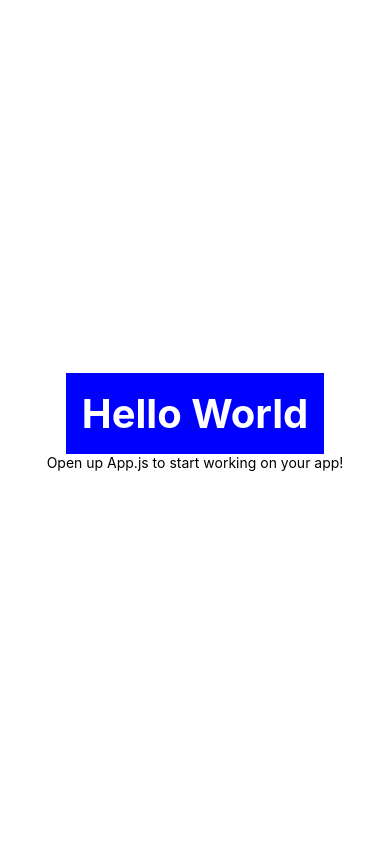
Repository: hirano-step/MemoApp
Screen: /
An editor plug-in stored every save of this project. The screen is shown before and after the next save, followed by the edit.
The app was drawn by React Native's web renderer in a window 390 px wide. The project was rebuilt for these pictures with package versions that can differ from the ones it lists, and the page was loaded fresh each time.

Above is the screen before, as saved 2023-01-10 15:37:35.

### App.jsx
import { StatusBar } from 'expo-status-bar';
import { StyleSheet, Text, View } from 'react-native';

import Hello from './src/components/Hello';

export default function App() {
  return (
    <View style={styles.container}>
      <Hello bang={true}>World</Hello>
      <Text>Open up App.js to start working on your app!</Text>
      {/* eslint-disable-next-line */}
      <StatusBar style="auto" />
    </View>
  );
}

const styles = StyleSheet.create({
  container: {
    flex: 1,
    backgroundColor: '#fff',
    alignItems: 'center',
    justifyContent: 'center',
  },
});

### src/components/Hello.jsx
import { View, Text, StyleSheet } from 'react-native';
import { string } from 'prop-types';

function Hello(props) {
  const { children } = props;
  return (
    <View>
      <Text style={styles.text}>
        {`Hello ${children}`}
      </Text>
    </View>
  );
}

Hello.propTypes = {
  children: string.isRequired,
};

const styles = StyleSheet.create({
  text: {
    color: '#FFFFFF',
    backgroundColor: 'blue',
    fontSize: 40,
    fontWeight: 'bold',
    padding: 16,
  },
});

export default Hello;

After the next save:
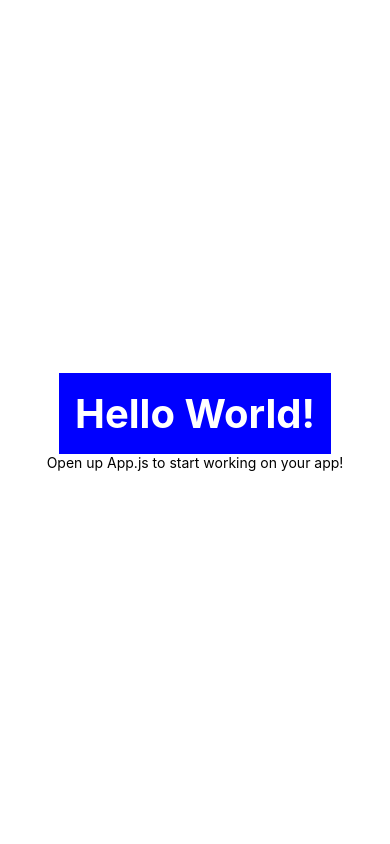
Saved 6 min 10 s later.
--- a/src/components/Hello.jsx
+++ b/src/components/Hello.jsx
@@ -1,12 +1,12 @@
 import { View, Text, StyleSheet } from 'react-native';
-import { string } from 'prop-types';
+import { string, bool } from 'prop-types';
 
 function Hello(props) {
-  const { children } = props;
+  const { children, bang } = props;
   return (
     <View>
       <Text style={styles.text}>
-        {`Hello ${children}`}
+        {`Hello ${children}${bang ? '!' : ''}`}
       </Text>
     </View>
   );
@@ -14,6 +14,11 @@ function Hello(props) {
 
 Hello.propTypes = {
   children: string.isRequired,
+  bang: bool,
+};
+
+Hello.defaultProps = {
+  bang: false,
 };
 
 const styles = StyleSheet.create({

After the save that followed:
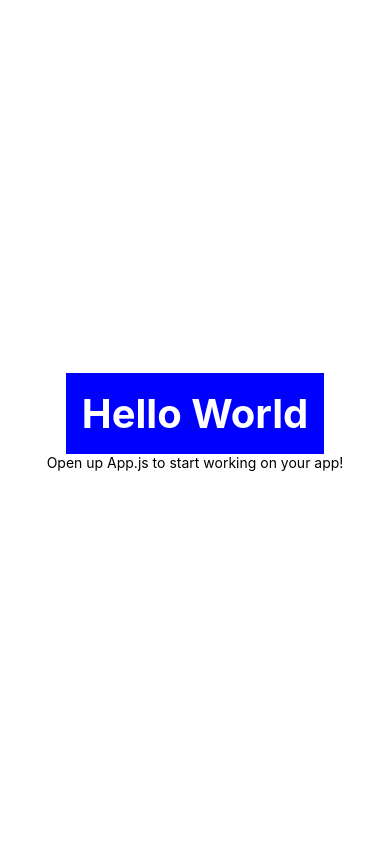
Saved 26 s later.
--- a/App.jsx
+++ b/App.jsx
@@ -6,7 +6,7 @@ import Hello from './src/components/Hello';
 export default function App() {
   return (
     <View style={styles.container}>
-      <Hello bang={true}>World</Hello>
+      <Hello bang={false}>World</Hello>
       <Text>Open up App.js to start working on your app!</Text>
       {/* eslint-disable-next-line */}
       <StatusBar style="auto" />
